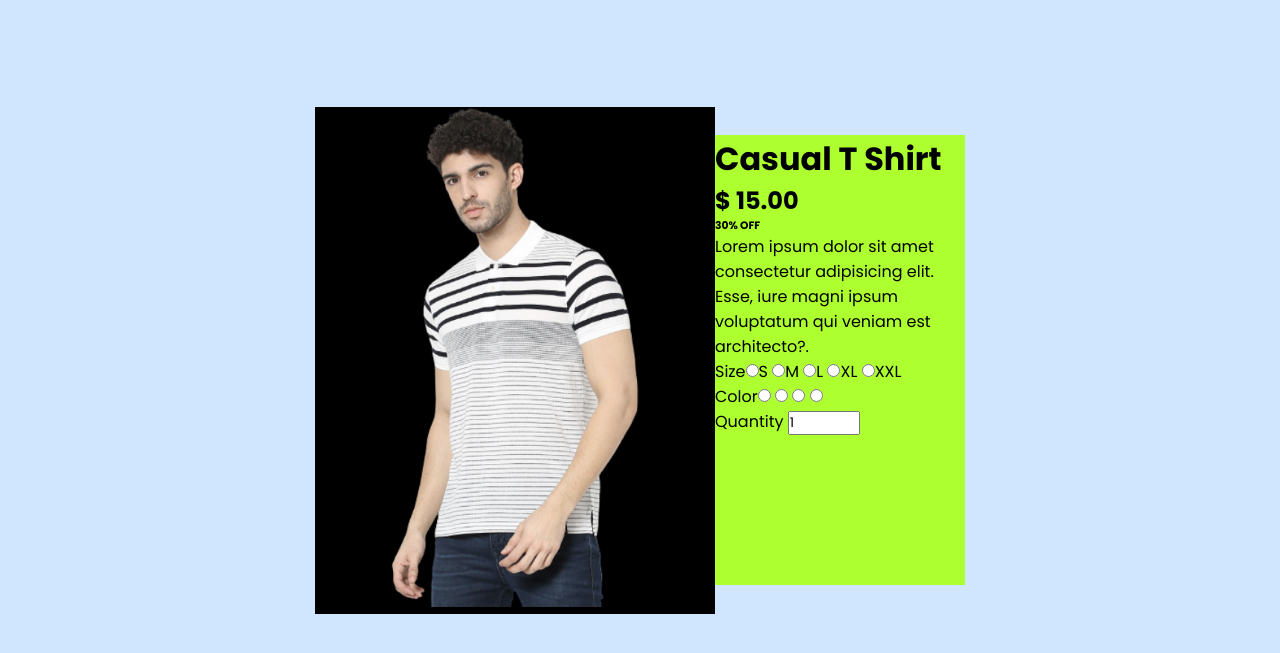
Repository: Ankitkr2021/Product-Page
Page: index.html
These files come from the project's save history. The page is drawn as it stood at one moment and after the next save; the edit follows.
The browser window is 1280 px wide. The pictures show the whole page.

Above is the page before, as saved 2025-10-24 10:47:30.

### index.html
<!DOCTYPE html>
<html lang="en">
<head>
    <meta charset="UTF-8">
    <meta name="viewport" content="width=device-width, initial-scale=1.0">
    <title>Product Page Design</title>
    <link rel="stylesheet" href="./style.css">
</head>
<body>
    <div class="main">
    <div class="left">
    <div class="image1"><img src="./images/image1.png" alt=""></div>
    <div class="image2"></div>
    <div class="image3"></div>
    </div>
    <div class="right">
        <h1>Casual T Shirt</h1>
        <h2>$ 15.00</h2>
        <h6>30% OFF</h6>
        <p>Lorem ipsum dolor sit amet consectetur adipisicing elit. Esse, iure magni ipsum voluptatum qui veniam est architecto?.</p>
       <label>Size<input type="radio" name="size" value="s">S</label>
        <label><input type="radio" name="size" value="m">M</label>
        <label><input type="radio" name="size" value="l">L</label>
        <label><input type="radio" name="size" value="xl">XL</label>
        <label><input type="radio" name="size" value="xxl">XXL</label>

        <div class="color">
        <label>Color<input type="radio" name="color" value="red"></label>
        <label><input type="radio" name="color" value="green"></label>
        <label><input type="radio" name="color" value="blue"></label>
        <label><input type="radio" name="color" value="pink"></label>
        </div>

        <div class="quantity">
            <label>Quantity</label>
             <input type="number" id="qty" name="qty" min="1" max="10" value="1">
        </div>
    </div>
    </div>
</body>
</html>

### style.css
@import url("https://fonts.googleapis.com/css2?family=Poppins:wght@400;700&display=swap");

*{
    margin: 0;
    padding: 0;
    box-sizing: border-box;
    font-family: "Poppins",sans-serif;
}

.main {
    display: flex;
    align-items: center;
    justify-content: center;
    height: 100vh;
    width: 100%;
    background: rgba(187, 219, 255, 0.692);
}

.left {
    background: #000;
}

.left img {
    height: 500px;
    width: 400px;
}

.right{
    height: 450px;
    width: 250px;
    background: greenyellow;

}

After the next save:
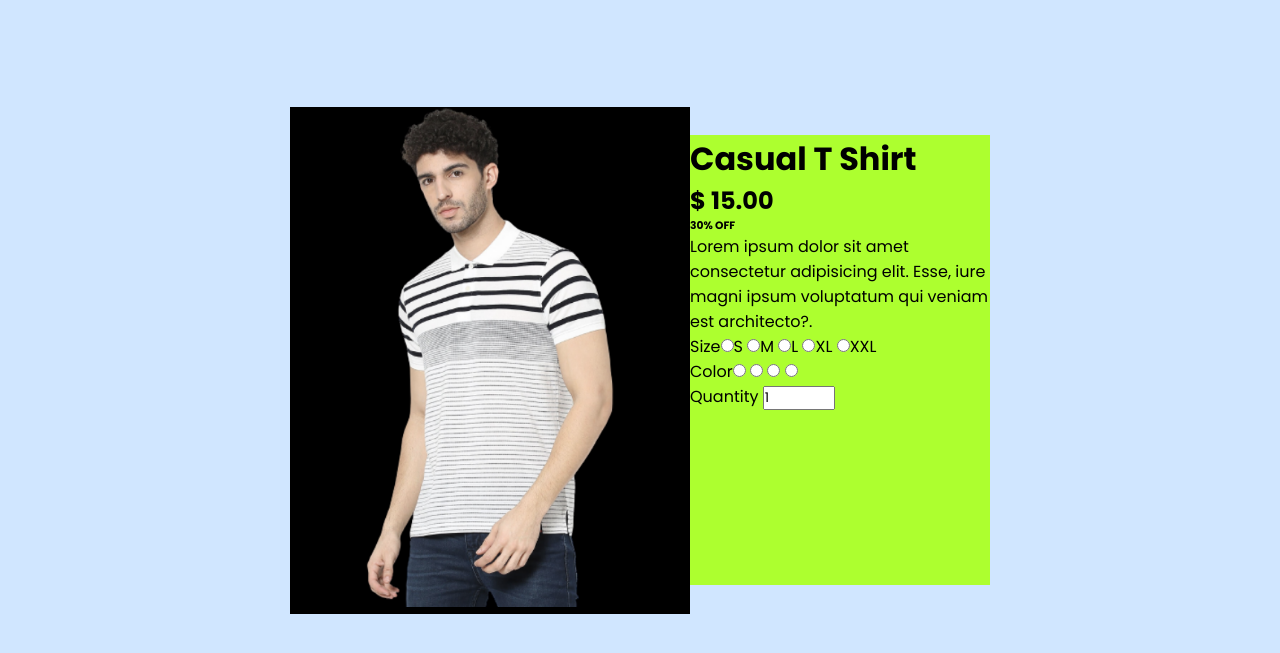
Saved 5 s later.
--- a/style.css
+++ b/style.css
@@ -27,7 +27,7 @@
 
 .right{
     height: 450px;
-    width: 250px;
+    width: 300px;
     background: greenyellow;
 
 }
